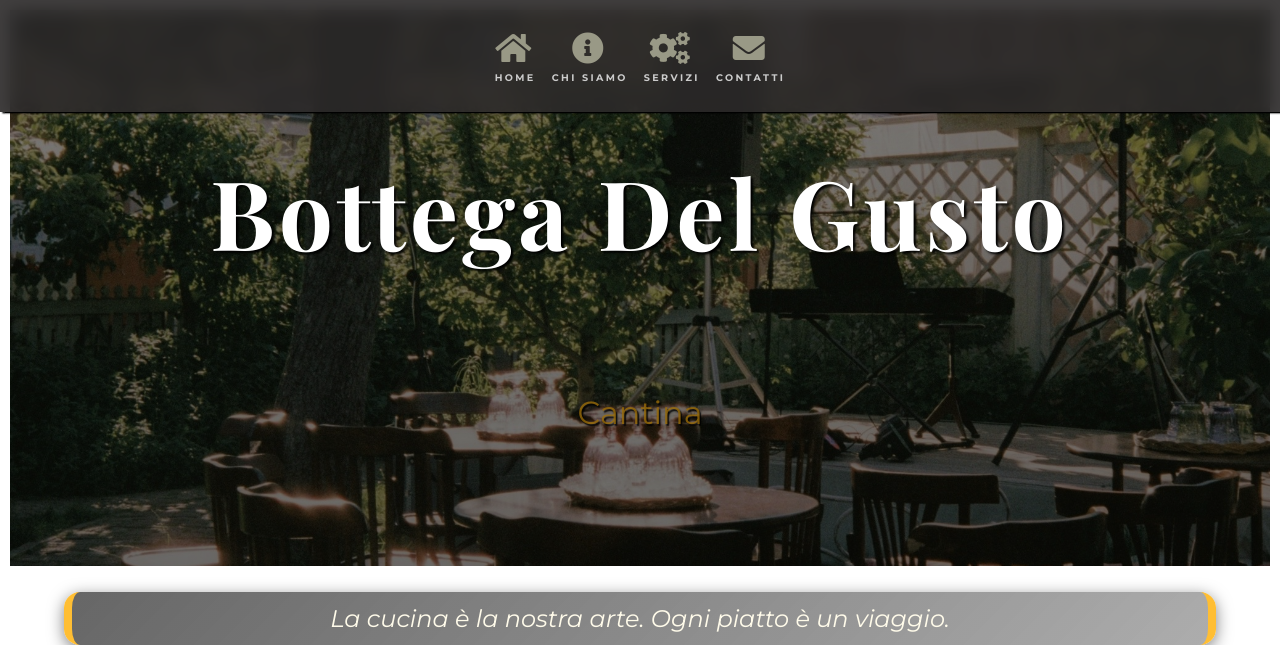
Repository: Probyte5D/ResponsiveFoodWebsite
Page: index.html
The author's editor kept a copy of each file at every save. The page is drawn from the files as they stood at one save, then again after the next save.
The browser window is 1280 px wide. The pictures show the part of the page from y = 0 to 645 px (the page is 2848 px tall).
Pictures or frames that could not be fetched are drawn as grey boxes. Backgrounds fixed to the window are drawn as part of the page. Some web fonts or font styles are not loaded; a fallback is used.

Above is the page before, as saved 2025-04-22 18:00:03.

### index.html
<!DOCTYPE html>
<html lang="en">
<head>
  <meta charset="UTF-8">
  <meta name="viewport" content="width=device-width, initial-scale=1.0">
  <title>Food Website</title>
  <link rel="stylesheet" href="style.css">
  <link rel="stylesheet" href="https://cdnjs.cloudflare.com/ajax/libs/font-awesome/5.15.4/css/all.min.css">
  <link href="https://fonts.googleapis.com/css2?family=Playfair+Display:wght@700&family=Poppins:wght@400;600&display=swap" rel="stylesheet">

</head>
<body>

  <div class="navbar">

    <a href="#" class="navbar-link">
      <i class="fas fa-home"></i>
      <span>Home</span>
    </a>
    <a href="#" class="navbar-link">
      <i class="fas fa-info-circle"></i>
      <span>Chi Siamo</span>
    </a>
    <a href="#" class="navbar-link">
      <i class="fas fa-cogs"></i>
      <span>Servizi</span>
    </a>
    <a href="#" class="navbar-link">
      <i class="fas fa-envelope"></i>
      <span>Contatti</span>
    </a>
  </div>

  <div class="container">
    <!--section 1-->
    <div class="section-1">
      <h1 class="section-heading">
        Bottega del Gusto
      </h1>
      <div class="section-1-Text">
        <div class="text-item change">Cantina</div>
        <div class="text-item">Ristorante</div>
        <div class="text-item">Prenota Il Tuo tavolo</div>
      </div>
    </div>
    <!--end of section1-->
  </div>
  <div class="restaurant-intro">
    <p>La cucina è la nostra arte. Ogni piatto è un viaggio.</p>
  </div>


<!--section 2-->
<div class="section-2">
  <h1 class="section-heading">Must Have</h1>
  <div class="cards-container">
    <!-- Card 1: Pizza -->
    <div class="card">
      <img src="Images/card-img-1.png" class="card-img" alt="Pizza ad alta lievitazione">
      <h3 class="card-name">Pizza ad alta lievitazione</h3>
      <p class="card-description">Pizza soffice e fragrante, con lievitazione naturale.</p>
      <span class="card-price">€12.00</span>
      <button class="card-btn">Prenota</button>
    </div>
    <!-- Card 2: Carne -->
    <div class="card">
      <img src="Images/card-img-2.png" class="card-img" alt="Carne di prima qualità">
      <h3 class="card-name">Carne di prima qualità</h3>
      <p class="card-description">Carne selezionata, cucinata alla perfezione.</p>
      <span class="card-price">€20.00</span>
      <button class="card-btn">Prenota</button>
    </div>
    <!-- Card 3: Dessert -->
    <div class="card">
      <img src="Images/card-img-3.png" class="card-img" alt="Dessert">
      <h3 class="card-name">Dessert</h3>
      <p class="card-description">Dolci freschi preparati con ingredienti di alta qualità.</p>
      <span class="card-price">€6.00</span>
      <button class="card-btn">Prenota</button>
    </div>
  </div>
</div>
<!--end of section 2-->


<!--sect 3-->
<div class="section-3">
  <h1 class="section-heading">Gallery</h1>
  <div class="gallery">
    <a href="#" class="gallery-link" title="Order Now">
      <img src="Images/gallery-img-1.jpg" class="food-img">
      <h3 class="food-name">Pasta</h3>
      <p class="food-description">Tagliatelle fresche condite con un sugo di carne bianco, simile alla genovese, ricco e profumato, ideale per chi ama i sapori tradizionali.</p>
    </a>
    <a href="#" class="gallery-link" title="Order Now">
      <img src="Images/gallery-img-2.jpg" class="food-img">
      <h3 class="food-name">Pesce</h3>
      <p class="food-description">Filetto di salmone servito con salsa bianca cremosa, accompagnato da broccoli al vapore per un equilibrio perfetto tra gusto e leggerezza.</p>
    </a>
    <a href="#" class="gallery-link" title="Order Now">
      <img src="Images/gallery-img-3.jpg" class="food-img">
      <h3 class="food-name">Aperitivi</h3>
      <p class="food-description">Un fresco spritz al limone servito con olive, taralli e sfiziosi stuzzichini per un perfetto inizio serata in stile italiano.</p>
    </a>
    <a href="#" class="gallery-link" title="Order Now">
      <img src="Images/gallery-img-4.jpg" class="food-img">
      <h3 class="food-name">Pizza</h3>
      <p class="food-description">Pizza cotta nel forno a legna con mozzarella di bufala, basilico fresco e pomodoro, una classica margherita fatta a regola d’arte.</p>
    </a>
    <a href="#" class="gallery-link" title="Order Now">
      <img src="Images/gallery-img-5.jpg" class="food-img">
      <h3 class="food-name">Colazione</h3>
      <p class="food-description">Colazione completa con pancake, frutta fresca, uova strapazzate, waffle dorati e un cappuccino cremoso per iniziare al meglio la giornata.</p>
    </a>
    <a href="#" class="gallery-link" title="Order Now">
      <img src="Images/gallery-img-6.jpg" class="food-img">
      <h3 class="food-name">Carne</h3>
      <p class="food-description">Tagliata di manzo servita con patate novelle al forno, un piatto rustico e saporito che esalta la qualità della carne.</p>
    </a>
  </div>
</div>


     <!--end ofsection3-->



<!-- sect 4 -->


<div class="section-4">
  <div class="section-4-text">
    <h2 class="section-4-heading">Registrati</h2>
    <p class="section-4-paragraph">Iscriviti per scoprire le promozioni</p>
    <form action="" class="signup-form">
      <input type="email" class="signup-form-input" placeholder="Inserisci la tua e-mail">
      <button type="submit" class="signup-form-btn">
        <i class="fas fa-check"></i>
      </button>
    </form>

    </div>

  <!-- Sezione Servizi -->
  <div class="services">
    <h1 class="section-4-services">I nostri servizi</h1>
    <div class="services-container">
      <div class="service">
        <i class="fas fa-truck"></i>
        <h3>Delivery</h3>
        <p>Ordina comodamente da casa tua, e ricevi il nostro cibo a domicilio!</p>
      </div>
      <div class="service">
        <i class="fas fa-cocktail"></i>
        <h3>Catering</h3>
        <p>Offriamo un servizio catering per eventi e occasioni speciali.</p>
      </div>

  <!--
      <div class="footer-socials">
        <a href="#" class="social-icon"><i class="fab fa-facebook-f"></i></a>
        <a href="#" class="social-icon"><i class="fab fa-instagram"></i></a>
        <a href="#" class="social-icon"><i class="fab fa-twitter"></i></a>
        <a href="#" class="social-icon"><i class="fab fa-linkedin-in"></i></a>
      </div>-->



</div>
<!--<p class="copyright">&copy; All Rights Reserved</p> -->

</div>
<!-- end of sect 4 -->

<script src="script.js"></script>
</body>
</html>

### style.css
@import url('https://fonts.googleapis.com/css2?family=Comfortaa:wght@300..700&family=Montserrat:ital,wght@0,100..900;1,100..900&family=Roboto+Serif:ital,opsz,wght@0,8..144,100..900;1,8..144,100..900&display=swap');
@import url('https://fonts.googleapis.com/css2?family=Playfair+Display:wght@400;700&display=swap');
@import url('https://fonts.googleapis.com/css2?family=Lato:wght@300;400;700&display=swap');
/*common styles*/
*{
  margin: 0;
  padding: 0;
  box-sizing: border-box;
  text-decoration: none;
  outline: none;
  font-family: "Montserrat", "Comfortaa";
  font-weight: 400;
}

html{
  font-size: 62.5%;
}
/*end of common styles*/

/*section1*/
.section-1 {
  width: 100%;
  height: 80vh;
  background-color: #333;
  display: flex;
  flex-direction: column;
  align-items: center;
  justify-content: space-evenly;
  background-image:
    linear-gradient(rgba(0, 0, 0, 0.5), rgba(0, 0, 0, 0.575)), /* Fading effect */
    url('Images/immagine4.png'); /* Iniziale immagine di sfondo */

    background-size: cover;
    background-repeat: no-repeat; /* 👈 Aggiunto per evitare ripetizioni */
    background-position: center;
    background-attachment: fixed;

  color: white;
  padding: 2rem;
  border: 10px solid white;
  box-sizing: border-box;
  border-radius: 10px;
  transition: background-image 0.5s ease-in-out; /* Transizione dell'immagine di sfondo */

}

.section-heading {
  font-size: 12rem;
  font-weight: 900;
  text-align: center;
  text-transform: capitalize;
  letter-spacing: 0.5rem;
  text-shadow: 0.3rem 0.3rem 0.3rem #000;
  font-family: 'Playfair Display', serif;

}

/* Gestione delle parole che cambiano */
.section-1-Text {
  display: flex;

  justify-content: space-evenly; /* Le parole saranno distribuite uniformemente */
  align-items: center;
  height: 4rem;
  position: relative;
}

.section-1-Text .text-item {
  font-size: 3rem;
  color: #9e6f09c5;
  position: absolute;
  transform: translate(-50%, -50%) scale(0); /* Inizia nascosto */
  text-shadow: 0.2rem 0.2rem 0.2rem #000;
  transition: transform 0.3s, opacity 0.3s;
  justify-content: center;
  opacity: 0; /* Inizia invisibile */
}

/* Quando la classe 'change' è aggiunta */
.section-1-Text .text-item.change {
  opacity: 1; /* La parola diventa visibile */
  transform: scale(1); /* La parola diventa grande */
  transition: opacity 0.3s ease-in-out, transform 0.3s ease-in-out; /* Aggiunta transizione */
  font-size: 4rem; /* Per aumentare la dimensione della parola */
  justify-content: center;
}
/*end of sect1*/


/*sect2*/

.section-2 {
  width: 100%;
  height: 100vw;
  background-color: #222;
  background-image:
  linear-gradient(rgba(0, 0, 0, 0.5), rgba(0, 0, 0, 0.575)), /* Fading effect */
  url('Images/restaurant-background.png'); /* L'immagine di sfondo */
background-size: cover; /* L'immagine coprirà tutta la sezione */
background-position: center; /* Centra l'immagine */
background-attachment: fixed; /* Fissa lo sfondo mentre si scorre */
  display: flex;
  flex-direction: column;
  justify-content: space-between;
  padding: 10rem 0;
}

.cards-container{
  display: flex;
  justify-content: space-evenly;
}
.card {
  position: relative;
  width: 30rem;
  background-color: rgba(255, 223, 0, 0.8); /* Oro soft */
  padding: 4rem;
  display: flex;
  flex-direction: column;
  justify-content: space-between;
  align-items: center;
  box-shadow: 0.5rem 0.5rem 1rem rgba(0,0,0,0.3);
  transform: rotateY(10deg) skewX(-1deg);
  border-radius: 1rem;
  transition: transform 0.4s, box-shadow 0.4s;
}

.card:hover {
  transform: rotateY(10deg) skewX(-1deg) translateY(-2rem);
  box-shadow: 1.5rem 1.5rem 2rem rgba(0, 0, 0, 0.4);
  background-color: rgba(255, 215, 0, 0.9);
}


.card::before {
  content: "";
  height: 100%;
  width: 1rem;
  background-color: rgb(139, 139, 98);
  position: absolute;
  top: 0;
  left: -1rem;
  transform: skewY(45deg);
  transform-origin: right;
  box-shadow: -.1rem -.1rem -.1rem #000;
}

.card::after {
  content: "";
  height: 1rem;
  width: 100%;
  background-color: rgba(255, 223, 0, 0.7); /* Dorato più soft */
  position: absolute;
  top: -1rem;
  left: 0;
  transform: skewX(45deg);
  transform-origin: bottom;
  box-shadow: -.1rem -.1rem -.1rem #000;



}

.card-img {
  width: 100%;               /* L'immagine occuperà tutta la larghezza disponibile */
  height: 200px;             /* Impostiamo un'altezza fissa per tutte le immagini */
  object-fit: contain;       /* L'immagine verrà ridimensionata senza distorsioni */
  object-position: center;   /* Centra l'immagine nel contenitore */
}
/*end of sect2*/

.card-name{
  font-size: 3rem;
  font-weight: bolder;
  text-transform: uppercase;
  letter-spacing: 0.5rem;
  color: #111; /* Colore del testo scuro per contrasto */
  margin:2rem 0;
  text-shadow: 0.15rem 0.154rem 0.15rem #000;
  font-display: center;

}

.card-btn{
width:70%;
background-color: #000;
color: antiquewhite;
border-radius: 5rem;
font-size: 1.5rem;
font-weight: 800;
letter-spacing: 0.2rem;
text-transform: capitalize;
border: none;
padding: 0.5rem 0;
cursor: pointer;
box-shadow: -.2rem -.2rem  -.2rem #000 ;
}


.card-description{
  font-size: 2rem;
  color: #313127;
  font-weight: bolder;
  margin:2rem 2rem;
  letter-spacing: 0.2rem;
  padding-top: 0.5rem;
  text-shadow: 0.15rem 0.154rem 0.15rem #999986;
  margin-top: 0.5rem ;
  padding-bottom: 0.5rem;
}
.card-price{
  font-size: 2rem;
  color: #070706;
  position: bottom;
  margin-bottom: 0.5rem;
  padding-bottom: 0.2rem;
}


/*sect3*/
.section-3{

  background-color: #f7f7f7;
  padding: 5rem 0;

}

.gallery{
  display: flex;
  flex-wrap: wrap;
  align-items: center;
  justify-content: space-evenly;
  margin-top: 10rem;

}
.food-img {
  width: 24vw;
  height: 15vw;
  object-fit: cover;
  box-shadow:
    0.3rem 0.3rem 0.2rem rgba(255, 0, 0, 0.4),    /* Rosso morbido */
    0.6rem 0.6rem 0.3rem rgba(255, 204, 0, 0.3),  /* Giallo tenue */
    0.9rem 0.9rem 0.3rem rgba(255, 94, 8, 0.3),   /* Arancione tenue */
    1.2rem 1.2rem 0.4rem rgba(102, 243, 8, 0.3);  /* Verde chiaro */
  transition: all 0.5s;
}

/*end sect3*/

.gallery-link {
  margin: 4rem 1rem;
  position: relative;
}

.gallery-link::before {
  content: "";
  position: absolute;
  width: 0.2rem;
  height: 0;
  background-color: white;
  top: 2vw;
  left: 80%;
  transition: height 0.5s;
  z-index: 10;
}

.gallery-link::after {
  content: "";
  position: absolute;
  width: 0;
  height: 0.2rem;
  background-color: white;
  top: 30%;
  left: 2rem;
  transition: width 0.5s;
}

.gallery-link:hover::before {
  height: 80%;
}

.gallery-link:hover::after {
  width: 90%;
}

.food-name {
  position: absolute;
  top: 3rem;
  left: 3rem;
  font-size: 2rem;
  margin-top: 1rem;
  text-transform: uppercase;
  font-weight: 700;
  color: white;
  width: 0;
  overflow: hidden;
  transition: width 0.3s;
}

.food-description {
  position: absolute;
  bottom: 3vw;
  left: 2rem;
  margin-top: 0.5rem;
  font-size: 1rem;
  line-height: 1.4;
  width: 70%;
  font-weight: 700;
  text-transform: uppercase;
  color: white;
  visibility: hidden;
  opacity: 0;
  transition: opacity 0.3s;
}

.gallery-link:hover .food-name {
  width: 100%;
  transition: width 1.5s 0.5s;
}

.gallery-link:hover .food-description {
  opacity: 1;
  visibility: visible;
  transition: opacity 1s 1s;
}

.gallery-link:hover .food-img {
  box-shadow:
    1rem 1rem 0.2rem rgba(255, 0, 0, 0.5),    /* Rosso più sfumato */
    2rem 2rem 0.3rem rgba(255, 204, 0, 0.4),  /* Giallo più chiaro */
    3rem 3rem 0.4rem rgba(255, 94, 8, 0.4),   /* Arancione sfumato */
    4rem 4rem 0.5rem rgba(102, 243, 8, 0.4);  /* Verde più tenue */
  filter: blur(0.5rem);
  transform: scale(1.1);
}




/*sect4*/

/* Modificare la disposizione della sezione 4 per avere gli elementi in riga */
.section-4 {
  width: 100%;
  height: 15vh;
  background-color: #b47b0075;
  display: flex;
  flex-wrap: wrap;
  display: flex;
  justify-content: space-between;  /* Spazio tra i due contenuti */
  align-items: center;  /* Centrato verticalmente */
  padding: 3rem;
  position: relative;
  border: solid #000;
  border-radius: 4rem;
}

.copyright{
  position: absolute;
  bottom: 3rem;
  font-size: 1.7rem;
  font-weight: 200;
  color: #0e0d0d;
  font-weight: 300;
  letter-spacing: 0.1rem;
  border-top: solid #888 0.1rem;
  padding-top: 2rem;

}

.section-4-text{
  text-transform: uppercase;

}

.section-4-heading{
  display: flex;

  font-size: 4rem;
  font-weight: 900;
  color: red;
  display: flex;
  flex-direction: column;
  padding-bottom: 3rem;
  justify-content: space-between;  /* Centra gli elementi verticalmente */
  align-items: center;  /* Centra gli elementi orizzontalmente */
}


.section-4-services{
  font-size: 4rem;
  font-weight: 800;
  max-height: 20rem;
  text-transform: uppercase;
  color: red;
  padding-bottom: 1rem;
}

.footer-socials i{
  display: flex;
  font-size: 3rem;
  font-weight: 800;
  color: white;
justify-content: space-around;
padding-left: 2rem;
}

.footer-socials i:hover{

  color: red;
  transition: 0.5s;
}
.section-4-paragraph{
  font-size: 1.5rem;
  color: red;

}
.signup-form{
  display: flex;
  align-items: center;



}

.signup-form-input{
  width: 35rem;
  height: 5rem;
  padding: 1rem;
  border: 0.2rem solid rgb(255, 8, 0);
  font-size: 1.6rem;
  font-weight: 700;
  letter-spacing: 0.1rem;
  color: red;
  flex-direction: column;
  margin-top: 5rem;

}

.signup-form-input::placeholder{
  color:rgba(255, 0, 0, 0.4);
  font-size: 1.3rem;
}

.signup-form-btn{
  position: relative;
  left: -4.5rem;
  width: 4rem;
  height: 4rem;
  background-color: #313127;
  color: red;
  border: none;
  cursor: pointer;
  font-size: 1.8rem;
  margin-top: 5rem;
}

/* Contenitore dei servizi, per visualizzarli in riga */
.services-container {
  display: flex;
  justify-content: space-between; /* Distribuisce gli elementi con spazio tra loro */
  width: 60%;  /* Impostiamo una larghezza adeguata per i servizi */
  flex-wrap: wrap;  /* Si adatta alle dimensioni del contenitore */
  gap: 1rem;  /* Spazio tra gli elementi */
}

.services-paragraph{
  height: auto;
}

.service i{
  font-size: 1rem;
  color: red;
}
/*end of sect4*/


/*nav*/

/* NAVBAR HIDDEN STATE (inizialmente nascosta) */
.navbar {
  position: fixed;

  left: 0;
  width: 100%;
  height: 14rem;
  background-color: rgba(44, 42, 42, 0.9);
  backdrop-filter: blur(8px);
  z-index: 9999;  /* più alto di tutto */
  display: flex;
  align-items: center;
  justify-content: center;

    transition: top 0.3s ease;
    top: 0;

    opacity: 1;
    pointer-events: all;
    transition: top 0.2s ease-in-out, opacity 0.2s ease-in-out;
  box-shadow: 0.2rem 0.2rem 0.2rem #000;
  transition: top 0.5s ease-in-out;
}



.navbar.hidden {
  top: -120px;
  opacity: 0;
  pointer-events: none;
          /* Nasconde tutto completamente */
  transform: translateY(-100%); /* La navbar esce completamente verso l'alto */
  opacity: 0;                   /* La navbar diventa completamente invisibile */
  visibility: hidden;           /* Nasconde la navbar completamente */
  pointer-events: none;
}

/* NAVBAR VISIBLE STATE */
.navbar.active {
  top: 0;
}

.navbar .nav-content {
  transition: opacity 0.3s ease;
  opacity: 1;
}

.nav-content {
  opacity: 0;
}
/* NAV LINKS */
.navbar-link {
  color: #999986;
  margin: 1rem;
  font-weight: 900;
  font-size: 4rem;
  letter-spacing: 0.5rem;
  text-transform: uppercase;
  text-align: center;
  transition: color 0.3s;
}

.navbar-link:hover {
  color: #ffcc00;
}

/* OPTIONAL - SPAN PICCOLO SOTTO OGNI LINK */
.navbar-link span {
  display: block;
  font-size: 1.2rem;
  font-weight: 700;
  letter-spacing: 0.3rem;
  margin-top: 0.5rem;
  color: #ccc;
}




/*end of nav*/


@media (max-width:1400px) {
  html{
    font-size: 50%;
  }

  .section-2{
    height: auto;
    padding: 10rem 0 12rem 0;
  }
  .cards{
    margin-top: 10rem;
  }

  .gallery-link{
    width: 40rem;
    height: 25rem;
    margin: 5rem;
  }

  .food-img{
    width: 100%;
    height: 100%;
  }

  .section-4{
    height: auto;
    padding: 10rem 0 12rem 0;
  }
  .services{
    width: 40rem;
    height: 25rem;
    margin: 5rem;
  }
  .section-4-text{
    height: auto;
    padding: 10rem 10rem 12rem 10rem;
  }


  /* Footer Social Icons - Rimuovere l'altezza fissa e migliorare la disposizione */
  .footer-socials {
    display: flex;               /* Utilizzare flexbox per disporre le icone */
    justify-content: center;     /* Centrare le icone */
    align-items: center;         /* Allineare verticalmente */
    padding: 2rem 0;             /* Aggiungere un po' di padding per separare dalle altre sezioni */
    margin: 5rem;
  }

  .footer-socials .social-icon {
    margin: 0 1rem;             /* Distanza tra le icone */
    font-size: 2.5rem;           /* Impostare una dimensione adeguata per le icone */
    color: #333;                 /* Colore delle icone */
    transition: color 0.3s ease; /* Aggiungere transizione per un effetto hover */
  }

  .footer-socials .social-icon:hover {
    color: #1d72b8;             /* Colore delle icone quando vengono passate sopra con il mouse */
  }

}
@media (max-width: 1000px) {


  .section-heading{
    font-size: 9rem;
    margin:0.5rem;
  }

  .section-1-Icons{
    font-size: 25rem;
  }
  .cards-container{
    flex-wrap: wrap;
  }
  .cards{
    margin: 5rem;
  }

  .section-4 {
    padding: 5rem 2rem;
  }

  /* Sezione "Registrati" */
  .section-4-text {
    text-align: center;
    padding: 2rem 0;
  }

  .signup-form {
    display: flex;
    justify-content: center;
    margin-top: 1rem;
  }

  .signup-form-input {
    width: 80%;
    padding: 1rem;
    font-size: 1rem;
    margin-right: 1rem;
  }

  .signup-form-btn {
    font-size: 1.2rem;
    padding: 1rem 2rem;
  }

  /* Sezione Servizi */
  .services-container {
    display: flex;
    flex-wrap: wrap;
    justify-content: center;
    gap: 2rem;
  }

  .service {
    width: 100%;
    text-align: center;
    margin-bottom: 2rem;
  }

  .service i {
    font-size: 3rem;
    margin-bottom: 1rem;
  }

  .service h3 {
    margin-bottom: 1rem;
  }

  /* Social Icons */
  .footer-socials {
    display: flex;
    width: 1rem;
    margin-top: 2rem;
  margin-right: 2rem ;
  }

  .footer-socials .social-icon {
    font-size: 1.5rem;
    margin: 1rem;
    padding-right: 1rem;
    width: 0.5rem;
    justify-content: space-between;
    flex-wrap: wrap
  }

  /* Copyright */
  .copyright {
    text-align: center;
    margin-top: 2rem;
  }
}




.changing-text {
  display: inline-block;
  position: relative;
  font-size: 2rem;
  font-weight: bold;
  color: #333;
  height: 40px; /* Altezza fissa per mantenere lo spazio */
  overflow: hidden;
  width: auto;
}

.changing-text .word {
  position: absolute;
  width: 100%;
  opacity: 0;
  animation: changeWord 6s infinite;
}

.changing-text .word:nth-child(1) {
  animation-delay: 0s;
}

.changing-text .word:nth-child(2) {
  animation-delay: 2s;
}

.changing-text .word:nth-child(3) {
  animation-delay: 4s;
}

@keyframes changeWord {
  0%, 100% {
    opacity: 0;
  }
  33% {
    opacity: 1;
  }
  66% {
    opacity: 0;
  }
}


/* Sezione 1 - Titolo */
.section-heading {
  font-size: 12rem;
  font-weight: 900;
  color: white;
  text-align: center;
  text-transform: capitalize;
  letter-spacing: 0.5rem;
  text-shadow: 0.3rem 0.3rem 0.3rem #000;
  position: relative;
}

/* Sezione 1 - Testo che cambia */
.changing-text {
  position: relative;
  display: inline-block;
  font-size: 3rem;
  font-weight: bold;
  color: #fff;
  overflow: hidden;
  height: 4rem; /* Altezza per gestire lo spazio */
}

.changing-text .word {
  position: absolute;
  width: 100%;
  opacity: 0;
  transform: scale(0); /* Inizialmente nascosto e rimpicciolito */
  transition: opacity 0.3s, transform 0.3s;
}

.changing-text .word.change {
  opacity: 1;
  transform: scale(1); /* Quando diventa visibile */
  transition: opacity 0.3s, transform 0.3s;
}

/* Animazioni per i cambiamenti di parola */
@keyframes changeWord {
  0%, 100% {
    opacity: 0;
    transform: scale(0);
  }
  33% {
    opacity: 1;
    transform: scale(1);
  }
  66% {
    opacity: 0;
    transform: scale(0);
  }
}

.restaurant-intro {

    font-size: 3rem;
    color: #fffbea;
    font-weight: 600;
    font-style: italic;
    font-family: 'Playfair Display', serif;
    text-align: center;

    max-width: 90%;
    padding: 1.5rem 2rem;
    margin-top: 2rem;
    background: linear-gradient(135deg, rgba(0,0,0,0.6), rgba(50,50,50,0.4));
    border-left: 8px solid #ffbe33;
    border-right: 8px solid #ffbe33;
    border-radius: 2rem;
    box-shadow: 0 0.5rem 2rem rgba(0,0,0,0.5);
    animation: fadeInUp 1.5s ease-out;
    backdrop-filter: blur(5px); /* Effetto vetro */

  /* Centrato orizzontalmente */
  margin-left: auto;
  margin-right: auto;
  }

@keyframes fadeInUp {
  from {
    opacity: 0;
    transform: translateY(30px);
  }
  to {
    opacity: 1;
    transform: translateY(0);
  }
}

### script.js
const texts = document.querySelectorAll('.section-1-Text .text-item'); // Seleziona tutti i testi
let i = 0; // Variabile per tracciare l'indice della parola corrente

setInterval(() => {
  const currentText = document.querySelector('.section-1-Text .text-item.change'); // Seleziona il testo con la classe 'change'

  if (currentText) {
    currentText.classList.remove('change'); // Rimuove la classe 'change' dal testo corrente

    // Se siamo oltre l'ultimo testo, ripristina al primo
    if (i >= texts.length) {
      texts[0].classList.add('change'); // Aggiungi la classe 'change' al primo testo
      i = 0; // Resetta l'indice a 0
    } else {
      texts[i].classList.add('change'); // Aggiungi la classe 'change' al testo successivo
      i++; // Incrementa l'indice
    }
  }
}, 4000); // Cambia il testo ogni 4 secondi





  let lastScroll = 0;
  const navbar = document.querySelector('.navbar');

  window.addEventListener('scroll', () => {
    const currentScroll = window.scrollY;

    if (currentScroll > lastScroll) {
      // Scroll verso il basso → nascondi
      navbar.style.top = "-100px";
    } else {
      // Scroll verso l'alto → mostra
      navbar.style.top = "0";
    }

    lastScroll = currentScroll;
  });


  const backgrounds = [
    "url('./images/restaurant-background-2.png')",
    "url('./images/immagine2.png')",
    "url('./images/immagine.png')",
    "url('./images/immagine3.png')"
  ];

  let backgroundIndex = 0;
  const section = document.querySelector('.section-1');

  setInterval(() => {
    section.style.backgroundImage = `
      linear-gradient(rgba(0, 0, 0, 0.5), rgba(0, 0, 0, 0.575)),
      ${backgrounds[backgroundIndex]}
    `;

    backgroundIndex = (backgroundIndex + 1) % backgrounds.length;
  }, 4000);

After the next save:
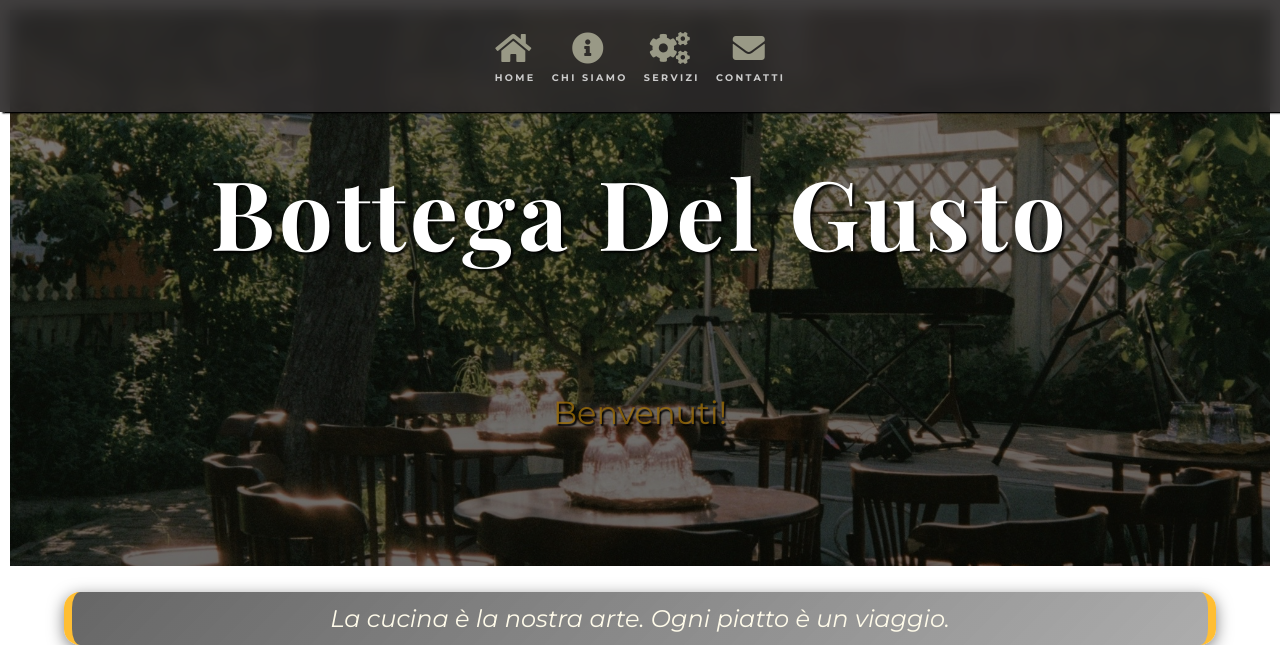
Saved 20 s later.
--- a/index.html
+++ b/index.html
@@ -38,6 +38,7 @@
         Bottega del Gusto
       </h1>
       <div class="section-1-Text">
+        <div class="text-item">Benvenuti!</div>
         <div class="text-item change">Cantina</div>
         <div class="text-item">Ristorante</div>
         <div class="text-item">Prenota Il Tuo tavolo</div>
